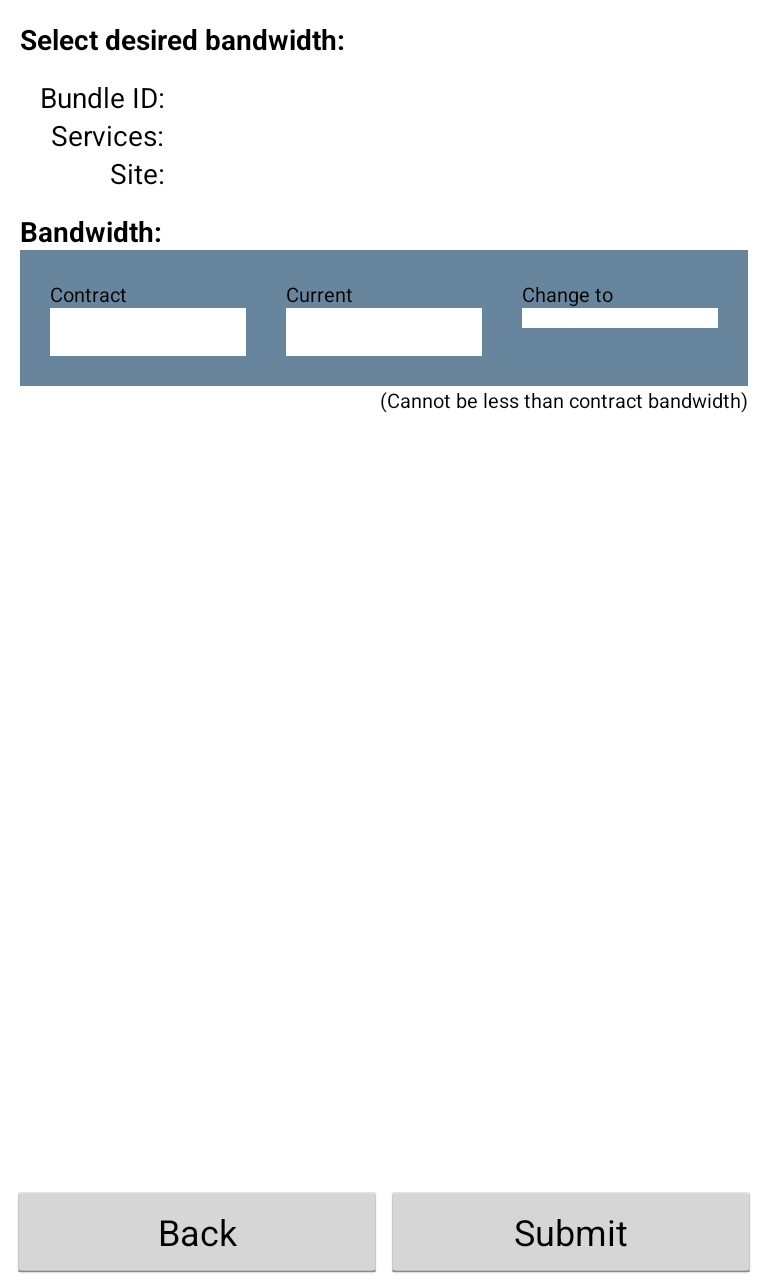
Repository: Pradeep-appstute/First
Layout: Control/res/layout/modifyservicedetail.xml
An editor plug-in stored every save of this project. The layout is shown before and after the next save, followed by the edit.
It is drawn on a 768 x 1280 px phone screen (xhdpi) without system bars, with theme AppTheme; the app's code is not run.

Above is the layout before, as saved 2014-03-12 07:18:39.

### Control/res/layout/modifyservicedetail.xml
<?xml version="1.0" encoding="utf-8"?>
<RelativeLayout xmlns:android="http://schemas.android.com/apk/res/android"
    android:layout_width="fill_parent"
    android:layout_height="fill_parent" >

    <LinearLayout
        android:id="@+id/lin_fragment_modifyservicedetails"
        android:layout_width="match_parent"
        android:layout_height="fill_parent"
        android:background="#fff"
        android:orientation="vertical" >

        <LinearLayout
            android:layout_width="fill_parent"
            android:layout_height="wrap_content"
            android:orientation="vertical"
            android:padding="10dp" >

            <TextView
                android:layout_width="wrap_content"
                android:layout_height="wrap_content"
                android:text="@string/servicedetails_title"
                android:textColor="#000"
                android:textStyle="bold" />

            <LinearLayout
                android:layout_width="wrap_content"
                android:layout_height="wrap_content"
                android:gravity="right"
                android:orientation="vertical"
                android:padding="10dp" >

                <TextView
                    android:id="@+id/txtview_bundleid"
                    android:layout_width="wrap_content"
                    android:layout_height="wrap_content"
                    android:text="@string/servicedetails_bundleid"
                    android:textColor="#000" />

                <TextView
                    android:id="@+id/txtview_services"
                    android:layout_width="wrap_content"
                    android:layout_height="wrap_content"
                    android:text="@string/servicedetails_services"
                    android:textColor="#000" />

                <TextView
                    android:id="@+id/txtview_site"
                    android:layout_width="wrap_content"
                    android:layout_height="wrap_content"
                    android:text="@string/servicedetails_site"
                    android:textColor="#000" />
            </LinearLayout>

            <TextView
                android:layout_width="wrap_content"
                android:layout_height="wrap_content"
                android:text="@string/servicedetails_bandwidth"
                android:textColor="#000"
                android:textStyle="bold" />

            <LinearLayout
                android:layout_width="fill_parent"
                android:layout_height="wrap_content"
                android:background="#68859E"
                android:orientation="horizontal"
                android:padding="5dp" >

                <LinearLayout
                    android:layout_width="fill_parent"
                    android:layout_height="wrap_content"
                    android:layout_weight="1"
                    android:orientation="vertical"
                    android:padding="10dp" >

                    <TextView
                        android:layout_width="wrap_content"
                        android:layout_height="wrap_content"
                        android:text="@string/servicedetails_contract"
                        android:textColor="#000"
                        android:textSize="10dp" />

                    <TextView
                        android:id="@+id/txtView_contract"
                        android:layout_width="fill_parent"
                        android:layout_height="wrap_content"
                        android:background="#fff"
                        android:padding="5dp"
                        android:textColor="#000"
                        android:textSize="10dp" />
                </LinearLayout>

                <LinearLayout
                    android:layout_width="fill_parent"
                    android:layout_height="wrap_content"
                    android:layout_weight="1"
                    android:orientation="vertical"
                    android:padding="10dp" >

                    <TextView
                        android:layout_width="wrap_content"
                        android:layout_height="wrap_content"
                        android:text="@string/servicedetails_current"
                        android:textColor="#000"
                        android:textSize="10dp" />

                    <TextView
                        android:id="@+id/txtView_current"
                        android:layout_width="fill_parent"
                        android:layout_height="wrap_content"
                        android:background="#fff"
                        android:padding="5dp"
                        android:textColor="#000"
                        android:textSize="10dp" />
                </LinearLayout>

                <LinearLayout
                    android:layout_width="fill_parent"
                    android:layout_height="wrap_content"
                    android:layout_weight="1"
                    android:orientation="vertical"
                    android:padding="10dp" >

                    <TextView
                        android:layout_width="wrap_content"
                        android:layout_height="wrap_content"
                        android:text="@string/servicedetails_changeto"
                        android:textColor="#000"
                        android:textSize="10dp" />

                    <Spinner
                        android:id="@+id/spinner_changeto"
                        android:layout_width="fill_parent"
                        android:layout_height="wrap_content"
                        android:background="#fff"
                        android:padding="5dp"
                        android:textColor="#000"
                        android:textSize="10dp" />
                </LinearLayout>
            </LinearLayout>

            <LinearLayout
                android:layout_width="fill_parent"
                android:layout_height="wrap_content"
                android:orientation="vertical" >

                <TextView
                    android:layout_width="wrap_content"
                    android:layout_height="wrap_content"
                    android:layout_gravity="right"
                    android:text="@string/servicedetails_title2"
                    android:textColor="#000"
                    android:textSize="10dp" />
            </LinearLayout>
        </LinearLayout>
    </LinearLayout>

    <LinearLayout
        android:layout_width="fill_parent"
        android:layout_height="wrap_content"
        android:layout_alignParentBottom="true"
        android:gravity="center|center_vertical"
        android:orientation="horizontal"
        android:paddingLeft="5dp"
        android:paddingRight="5dp" >

        <Button
            android:id="@+id/btn_back"
            android:layout_width="fill_parent"
            android:layout_height="wrap_content"
            android:layout_weight="1"
            android:text="Back" />

        <Button
            android:id="@+id/btn_submit"
            android:layout_width="fill_parent"
            android:layout_height="wrap_content"
            android:layout_weight="1"
            android:text="Submit" />
    </LinearLayout>

</RelativeLayout>

### Control/res/values/strings.xml
<?xml version="1.0" encoding="utf-8"?>
<resources>

    <string name="app_name">ISC Control</string>
    <string name="action_settings">Settings</string>
    <string name="Login">Login</string>
    <string name="forgotusername">Forgot Username</string>
    <string name="forgotpassword">Forgot Password</string>

    <!-- AlertDialog -->
    <string name="ok">OK</string>
    <string name="yes">YES</string>
    <string name="no">NO</string>
    <!-- Slider Menu -->
    <string name="emptystring">Control</string>
    <string name="textViewListHeaderMSG">MASERGY</string>

    <!-- Submit Screen -->
    <string name="name">Name:</string>
    <string name="email">Email:</string>
    <string name="phone">Phone:</string>
    <string name="subject">Subject:</string>
    <string name="bundle">Bundle:</string>
    <string name="description">Description:</string>
    <string name="createticket">Create Tciket</string>

    <!-- Ticket Detail Screen -->
    <string name="ticketdetails_subject">Subject:</string>
    <string name="ticketdetails_submittedby">Submitted by:</string>
    <string name="ticketdetails_lastupdated">Last Updated:</string>
    <string name="ticketdetails_comments">Comments</string>
    <string name="ticketdetails_ticketsId">Ticket ID</string>
    <string name="ticketdetails_status">Status</string>
    <string name="ticketdetails_next">Next</string>
    <string name="ticketdetails_prev">Previous</string>

    <!-- Service Detail Screen -->
    <string name="servicedetails_headertitle">Select Service</string>
    <string name="servicedetails_title">Select desired bandwidth:</string>
    <string name="servicedetails_bundleid">Bundle ID:</string>
    <string name="servicedetails_services">Services:</string>
    <string name="servicedetails_site">Site:</string>
    <string name="servicedetails_bandwidth">Bandwidth:</string>
    <string name="servicedetails_contract">Contract</string>
    <string name="servicedetails_current">Current</string>
    <string name="servicedetails_changeto">Change to</string>
    <string name="servicedetails_title2">(Cannot be less than contract bandwidth)</string>
    <string name="servicedetails_back">Back</string>
    <string name="servicedetails_submit">Submit</string>

     <!-- Doppler IM Screen -->
    <string name="dopplerim_headertitle">Doppler IM</string>
    <string name="dopplerim_noresponsemessage">Masergy Doppler Infrastructure Management provides secure, robust infrastructure monitoring for your LAN and WAN environments.\n\nThis managed cloud service allows you to offload network infrastructure monitoring to Masergy so your IT department can focus on strategic initiatives.</string>
</resources>

Loaded but not shown: Control/res/values/styles.xml (common file); Control/res/values-v11/styles.xml (common file); Control/res/values-v14/styles.xml (common file)

After the next save:
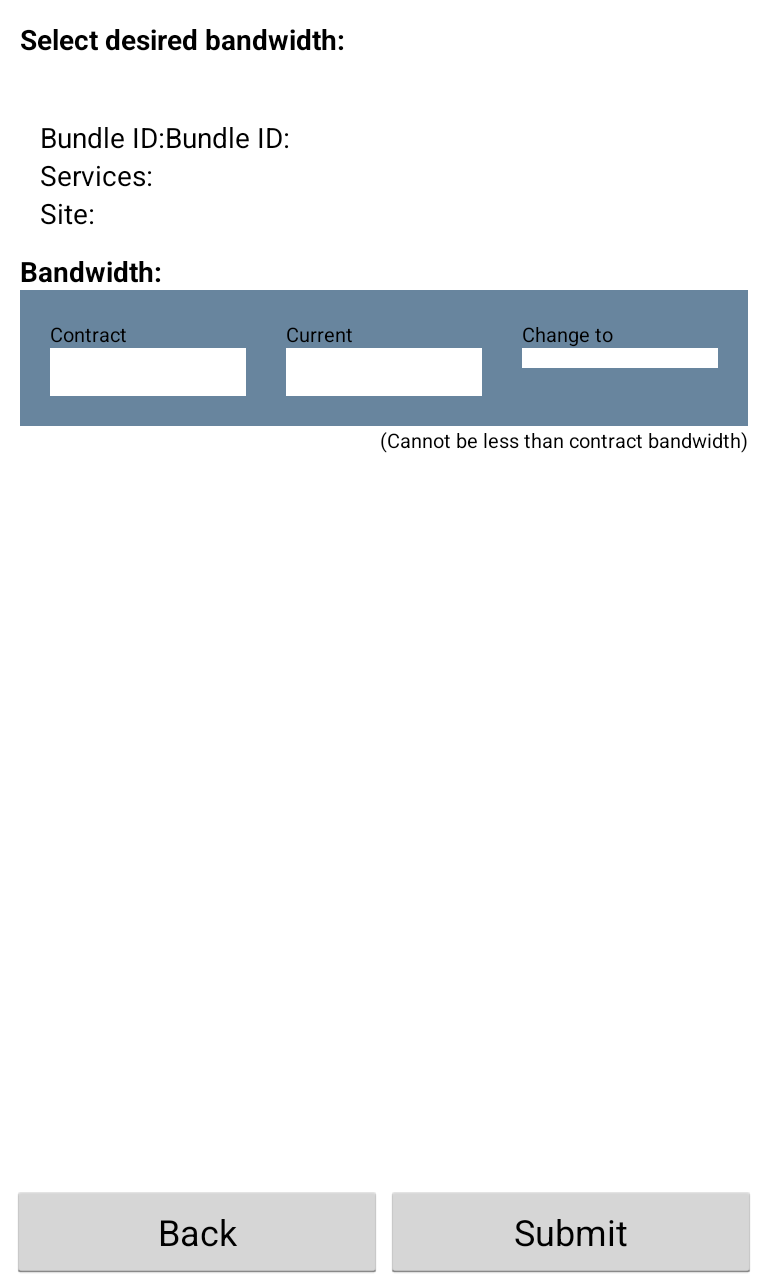
Saved 2 h 12 min later.
--- a/Control/res/layout/modifyservicedetail.xml
+++ b/Control/res/layout/modifyservicedetail.xml
@@ -30,13 +30,22 @@
                 android:orientation="vertical"
                 android:padding="10dp" >
 
+                    <TableLayout
+        android:layout_width="fill_parent"
+        android:layout_height="fill_parent" >
+<TableRow android:layout_marginTop="20dip" >
+                    <TextView
+                    android:layout_width="wrap_content"
+                    android:layout_height="wrap_content"
+                    android:text="@string/servicedetails_bundleid"
+                    android:textColor="#000" />
                 <TextView
                     android:id="@+id/txtview_bundleid"
                     android:layout_width="wrap_content"
                     android:layout_height="wrap_content"
                     android:text="@string/servicedetails_bundleid"
                     android:textColor="#000" />
-
+</TableRow>
                 <TextView
                     android:id="@+id/txtview_services"
                     android:layout_width="wrap_content"
@@ -50,6 +59,7 @@
                     android:layout_height="wrap_content"
                     android:text="@string/servicedetails_site"
                     android:textColor="#000" />
+                </TableLayout>
             </LinearLayout>
 
             <TextView
